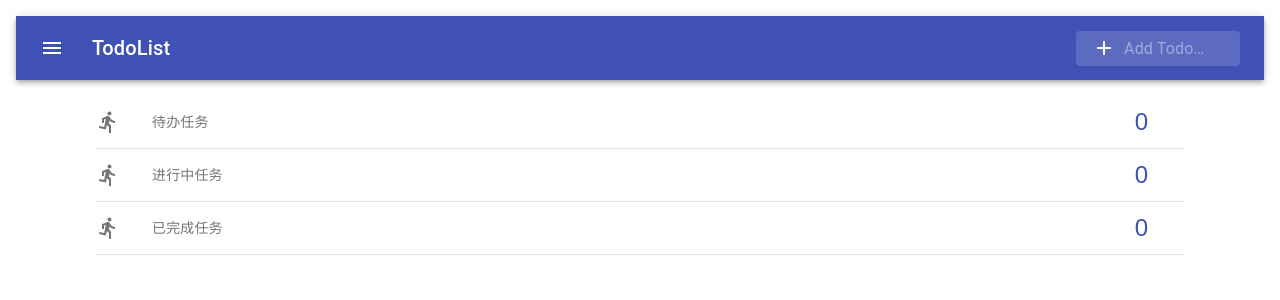
Repository: harperl71/TodoList
Page: /
The author's editor kept a copy of each file at every save. The page is drawn from the files as they stood at one save, then again after the next save.
The browser window is 1280 px wide. The pictures show the whole page.
The project was rebuilt for these pictures with package versions that can differ from the ones it lists, and the page was loaded fresh each time. Also part of the build but not shown: src/components/content/task-item/index.tsx.

Above is the page before, as saved 2021-05-21 09:11:52.

After the next save:
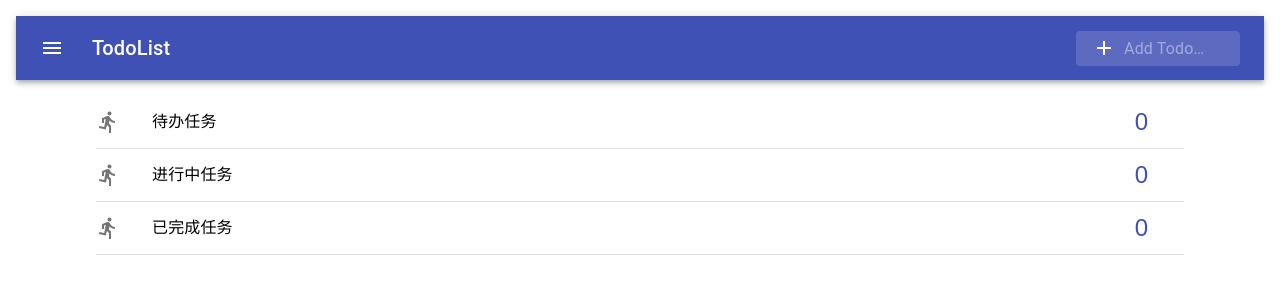
Saved 42 s later.
--- a/src/components/content/task-list/index.tsx
+++ b/src/components/content/task-list/index.tsx
@@ -55,7 +55,7 @@ const TaskList = ({ title, status }: Iprops) => {
             <ListItemIcon>
               <DirectionsRunIcon />
             </ListItemIcon>
-            <ListItemText secondary={title} />
+            <ListItemText primary={title} />
             <IconButton
               className={classes.listnum}
               color="primary"
